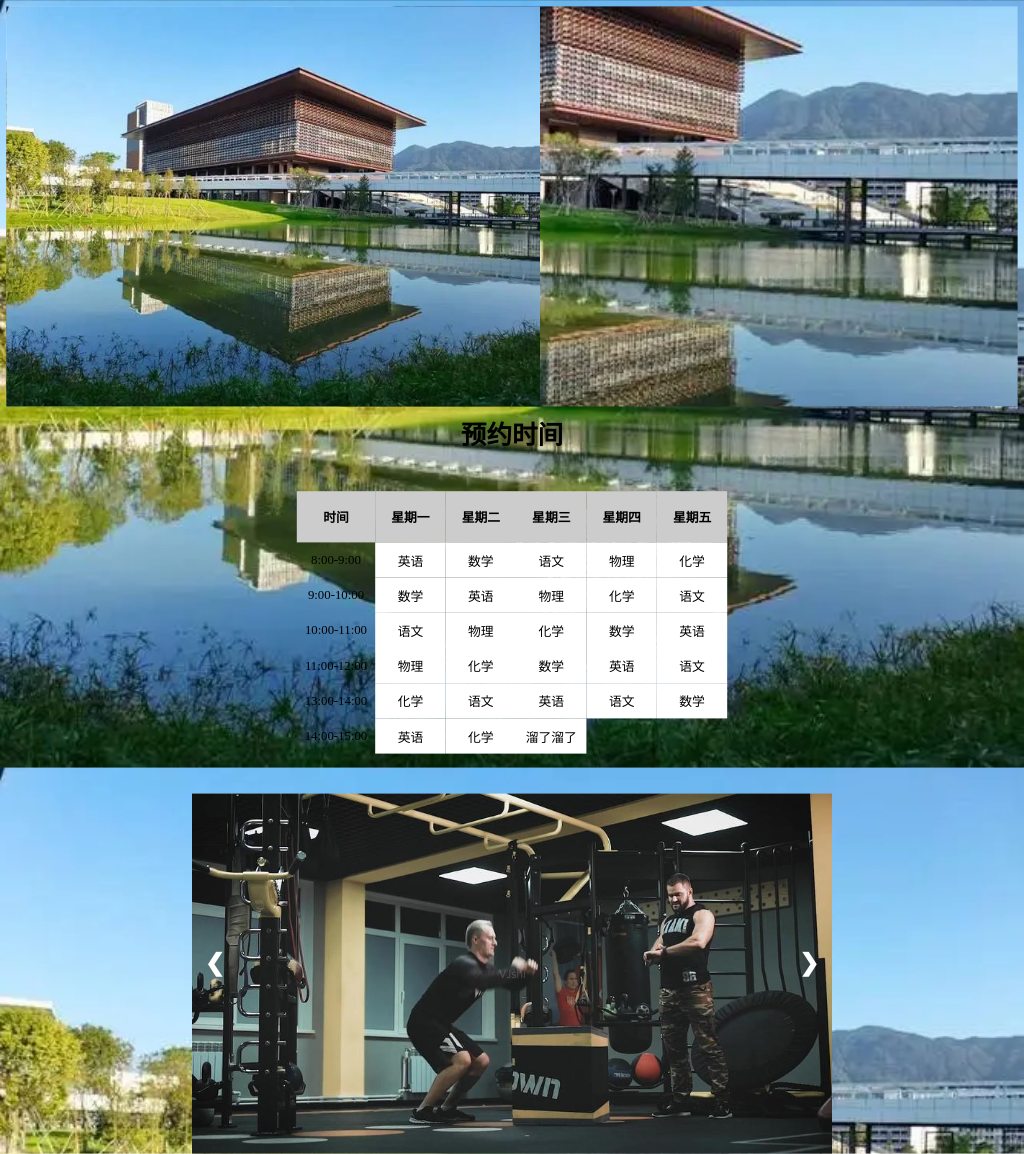
Repository: wupeng6666/Sports-Hall-Booking-System
Page: LearingDjango/app01/templates/yuyue.html
These files come from the project's save history. The page is drawn as it stood at one moment and after a run of saves; the edit follows.
The browser window is 1280 px wide. The pictures show the whole page, at 80% of full size.
Backgrounds fixed to the window are drawn as part of the page. The template is drawn by Django 4.2. The application's start-up code is not run. Other server files are loaded and not shown. The template is opened directly, without the code that normally fills it, so the values that code supplies are empty.

Above is the page before, as saved 2023-06-07 14:07:19.

### LearingDjango/app01/templates/yuyue.html
{% load static %}
<html lang="en">




<head>
    <meta charset="UTF-8">
    <title>课表</title>
    {% load static %}
</head>
<style>
    body{
        background: url("{% static '../static/img/beijing.webp' %}") no-repeat center center fixed;
        -webkit-background-size: cover;
        -moz-background-size: cover;
        -o-background-size: cover;
        background-size: cover;
        opacity: 1;
    }
    h1 {
        text-align: center;
        margin-top: 10px;
    }

    table {
        margin: 50px auto;
        border-collapse: collapse;
    }

    th {
        background-color: #ccc;
        font-weight: bold;
        padding: 20px;
    }

    td {
        text-align: center;
        padding: 10px;
    }

    .course {
        cursor: pointer;
        background-color: #fff;
    }

    .course:hover {
        background-color: #f7f7f7;
    }

    /* 轮播图 */
    .slideshow-container {
        position: relative;
        margin: auto;
        height: 400px;
        width: 800px;
    }

    .mySlides {
        display: none;
        position: absolute;
        width: 100%;
        height: 100%;
    }

    .prev,
    .next {
        position: absolute;
        top: 50%;
        width: auto;
        margin-top: -22px;
        padding: 16px;
        color: white;
        font-weight: bold;
        font-size: 30px;
        transition: 0.6s ease;
        border-radius: 0 3px 3px 0;
        cursor: pointer;
    }

    .prev {
        left: 0;
        border-radius: 3px 0 0 3px;
    }

    .next {
        right: 0;
        border-radius: 3px 0 0 3px;
    }

    .prev:hover,
    .next:hover {
        background-color: rgba(0, 0, 0, 0.8);
    }

    .fade {
        animation-name: fade;
        animation-duration: 1.5s;
    }

    @keyframes fade {
        from {
            opacity: .4
        }

        to {
            opacity: 1
        }
    }

    /* 背景图 */
    .image-container {
        background: url("{% static '../static/img/beijing.webp' %}") no-repeat center center fixed;
        -webkit-background-size: cover;
        -moz-background-size: cover;
        -o-background-size: cover;
        background-size: cover;
        opacity: 1;
    }
</style>

<body>
    {% load static %}
    <!-- 背景图 -->
    <div class="image-container">
        <img src="{% static '../static/img/beijing.webp' %}" alt="">
    </div>

    <h1>预约时间</h1>
    <table>
        <thead>
            <tr>
                <th>时间</th>
                <th>星期一</th>
                <th>星期二</th>
                <th>星期三</th>
                <th>星期四</th>
                <th>星期五</th>
            </tr>
        </thead>
        <tbody>
            <tr>
                <td>8:00-9:00</td>
                <td class="course" id="monday1">英语</td>
                <td class="course" id="tuesday1">数学</td>
                <td class="course" id="wednesday1">语文</td>
                <td class="course" id="thursday1">物理</td>
                <td class="course" id="friday1">化学</td>
            </tr>
            <tr>
                <td>9:00-10:00</td>
                <td class="course" id="monday2">数学</td>
                <td class="course" id="tuesday2">英语</td>
                <td class="course" id="wednesday2">物理</td>
                <td class="course" id="thursday2">化学</td>
                <td class="course" id="friday2">语文</td>
            </tr>
            <tr>
                <td>10:00-11:00</td>
                <td class="course" id="monday3">语文</td>
                <td class="course" id="tuesday3">物理</td>
                <td class="course" id="wednesday3">化学</td>
                <td class="course" id="thursday3">数学</td>
                <td class="course" id="friday3">英语</td>
            </tr>
            <tr>
                <td>11:00-12:00</td>
                <td class="course" id="monday4">物理</td>
                <td class="course" id="tuesday4">化学</td>
                <td class="course" id="wednesday4">数学</td>
                <td class="course" id="thursday4">英语</td>
                <td class="course" id="friday4">语文</td>
            </tr>
            <tr>
                <td>13:00-14:00</td>
                <td class="course" id="monday5">化学</td>
                <td class="course" id="tuesday5">语文</td>
                <td class="course" id="wednesday5">英语</td>
                <td class="course" id="thursday5">语文</td>
                <td class="course" id="friday5">数学</td>
            </tr>
            <tr>
                <td>14:00-15:00</td>
                <td class="course" id="monday6">英语</td>
                <td class="course" id="tuesday6">化学</td>
                <td class="course" id="wednesday6">溜了溜了</td>
            </tr>
        </tbody>
    </table>
    <div class="slideshow-container">
        <div class="mySlides fade">
            <img src="{% static '../static/img/健身.jpg' %}" style="width:100%">
        </div>

        <div class="mySlides fade">
            <img src="{% static '../static/img/游泳.webp' %}" style="width:100%">
        </div>

        <div class="mySlides fade">
            <img src="{% static '../static/img/羽毛球.webp' %}" style="width:100%">
        </div>

        <a class="prev" onclick="plusSlides(-1)">&#10094;</a>
        <a class="next" onclick="plusSlides(1)">&#10095;</a>
    </div>


</body>
<script>
    // 获取所有课程格子
    var courses = document.querySelectorAll('.course');

    // 遍历课程格子并添加点击事件
    courses.forEach(function (course) {
        course.addEventListener('click', function () {
            var courseName = this.innerHTML;
            alert('你点击了课程：' + courseName);
        });
    });

    //轮播图
    var slideIndex = 1;
    showSlides(slideIndex);

    function plusSlides(n) {
        showSlides(slideIndex += n);
    }

    function currentSlide(n) {
        showSlides(slideIndex = n);
    }

    function showSlides(n) {
        var i;
        var slides = document.getElementsByClassName("mySlides");
        if (n > slides.length) { slideIndex = 1 }
        if (n < 1) { slideIndex = slides.length }
        for (i = 0; i < slides.length; i++) {
            slides[i].style.display = "none";
        }
        slides[slideIndex - 1].style.display = "block";
    }

    var prevBtn = document.querySelector('.prev');
    var nextBtn = document.querySelector('.next');

    prevBtn.addEventListener('click', function () {
        plusSlides(-1);
    });

    nextBtn.addEventListener('click', function () {
        plusSlides(1);
    });


</script>

After the next 2 saves:
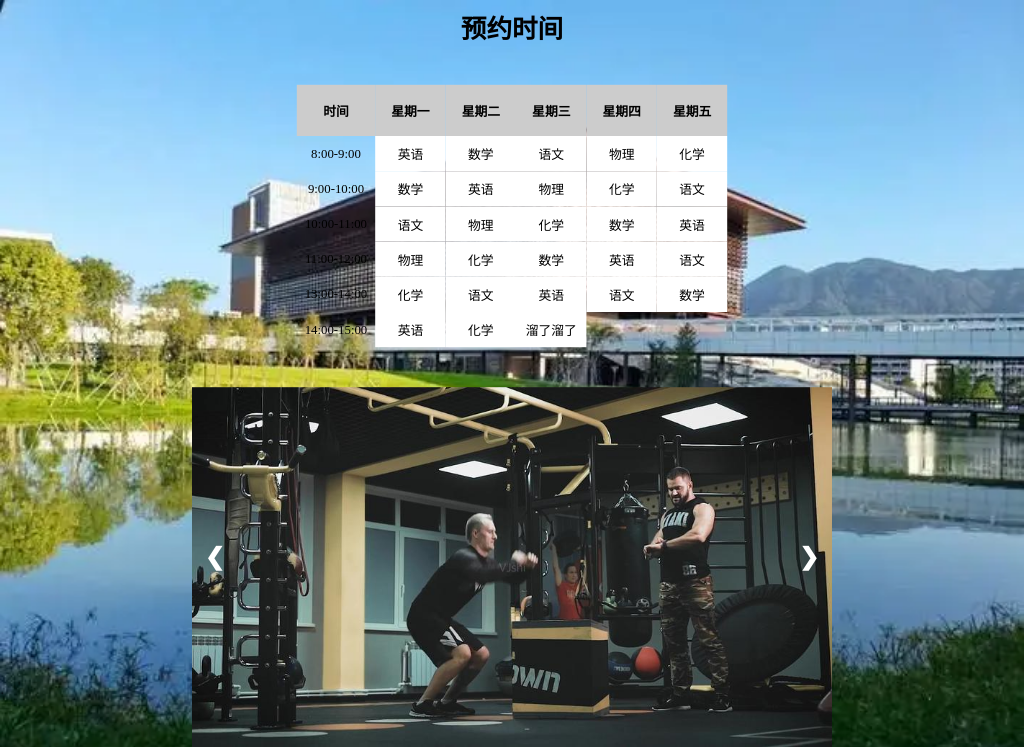
The 2 saves are shown as one change because they came seconds apart.
The last was saved 10 s later.
--- a/LearingDjango/app01/templates/yuyue.html
+++ b/LearingDjango/app01/templates/yuyue.html
@@ -109,22 +109,12 @@
     }
 
     /* 背景图 */
-    .image-container {
-        background: url("{% static '../static/img/beijing.webp' %}") no-repeat center center fixed;
-        -webkit-background-size: cover;
-        -moz-background-size: cover;
-        -o-background-size: cover;
-        background-size: cover;
-        opacity: 1;
-    }
+
 </style>
 
 <body>
     {% load static %}
     <!-- 背景图 -->
-    <div class="image-container">
-        <img src="{% static '../static/img/beijing.webp' %}" alt="">
-    </div>
 
     <h1>预约时间</h1>
     <table>
